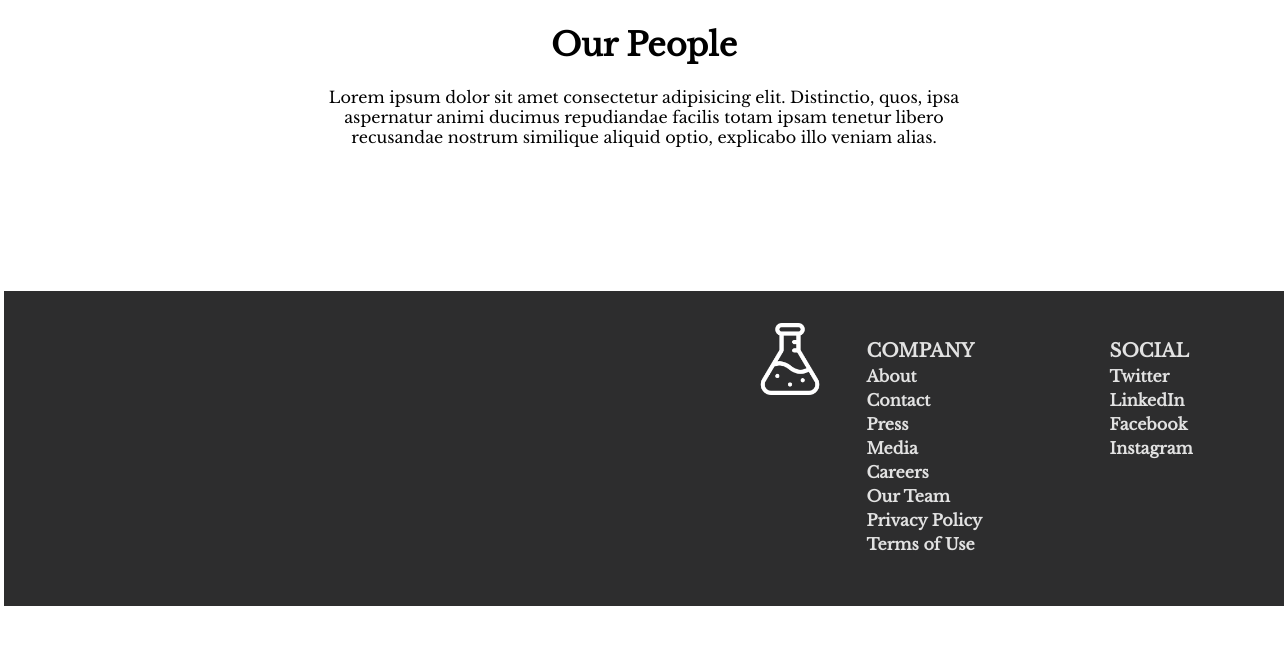
Repository: Tsardines/app
Page: / (app in my-app/)
These files come from the project's save history. The page is drawn as it stood at one moment and after the next save; the edit follows.
The browser window is 1280 px wide. The page is 1288 px wide, so the pictures cover 1288 px, including what lies to the right of the window. The pictures show the whole page.
The page's requests for data from a server got no answer. The project was rebuilt for these pictures with package versions that can differ from the ones it lists, and the page was loaded fresh each time. No one was signed in, and anything a server would have sent is missing.

Above is the page before, as saved 2018-11-14 20:18:07.

### my-app/public/index.html
<!DOCTYPE html>
<html lang="en">
  <head>
    <meta charset="utf-8">
    <meta name="viewport" content="width=device-width, initial-scale=1, shrink-to-fit=no">
    <meta name="theme-color" content="#000000">
    <!--
      manifest.json provides metadata used when your web app is added to the
      homescreen on Android. See https://developers.google.com/web/fundamentals/web-app-manifest/
    -->
    <link rel="manifest" href="%PUBLIC_URL%/manifest.json">
    <link href="https://fonts.googleapis.com/css?family=Libre+Baskerville" rel="stylesheet">
    <!--
      Notice the use of %PUBLIC_URL% in the tags above.
      It will be replaced with the URL of the `public` folder during the build.
      Only files inside the `public` folder can be referenced from the HTML.

      Unlike "/favicon.ico" or "favicon.ico", "%PUBLIC_URL%/favicon.ico" will
      work correctly both with client-side routing and a non-root public URL.
      Learn how to configure a non-root public URL by running `npm run build`.
    -->
    <title>React App</title>
  </head>
  <body>
    <noscript>
      You need to enable JavaScript to run this app.
    </noscript>
    <div id="root"></div>
    <!--
      This HTML file is a template.
      If you open it directly in the browser, you will see an empty page.

      You can add webfonts, meta tags, or analytics to this file.
      The build step will place the bundled scripts into the <body> tag.

      To begin the development, run `npm start` or `yarn start`.
      To create a production bundle, use `npm run build` or `yarn build`.
    -->
  </body>
</html>

### my-app/src/index.css
body {
  margin: 0;
  padding: 0;
  font-family: 'Libre Baskerville', serif;
  -webkit-font-smoothing: antialiased;
  -moz-osx-font-smoothing: grayscale;
}

code {
  font-family: source-code-pro, Menlo, Monaco, Consolas, "Courier New",
    monospace;
}

### my-app/src/App.js
import React, { Component } from 'react';

import Footer from './components/Footer.js';
import './App.css';

class App extends Component {
  constructor(props) {
    super(props);

    this.state = {
      items: []
    };
    this.componentWillMount = this.componentWillMount.bind(this);
  }

  componentWillMount() {
    fetch('https://api.myjson.com/bins/vz2rm')
    .then(res => res.json())
    .then(data => {
      this.setState({ items: data });
    });
  }


  render() {

    const { items } = this.state;

    return (
      <div className="App">

      <span className="our-people"><h1>Our People</h1></span>
      <span className="intro"><p>Lorem ipsum dolor sit amet consectetur adipisicing elit. Distinctio, quos, ipsa aspernatur animi ducimus repudiandae facilis totam ipsam tenetur libero recusandae nostrum similique aliquid optio, explicabo illo veniam alias.</p></span>

          { items.map((item, num) => {
              return (

                <div className="people">

                  <div className="elem">
                    <p key={num}>{item.elems}</p>
                  </div>

                    <p key={num}><strong>{item.name}</strong></p>
                    <p key={num}><small>{item.title}</small></p>

                  <div className="hidden">
                    <p key={num}>{item.email}</p>
                    <p key={num}><strong>Office: </strong>{item.office}</p>
                  </div>

                </div>

              );

            })}

            <Footer />

      </div>
    );
  }
}


export default App;

### my-app/src/components/Footer.js
import React from 'react';
import './Footer.css';
import beaker from './beaker.png';

const Footer = () => {
  return (

    <div className="footer">

    <img src={beaker} alt="beaker" className="beaker"></img>

        <div className="left">
            <ul>
                <span className="footer-title"><li><strong>Company</strong></li></span>
                <a href="#"><li>About</li></a>
                <a href="#"><li>Contact</li></a>
                <a href="#"><li>Press</li></a>
                <a href="#"><li>Media</li></a>
                <a href="#"><li>Careers</li></a>
                <a href="#"><li>Our Team</li></a>
                <a href="#"><li>Privacy Policy</li></a>
                <a href="#"><li>Terms of Use</li></a>
            </ul>
        </div>

        <div className="right">
            <ul>
                <span className="footer-title"><li><strong>Social</strong></li></span>
                <a href="#"><li>Twitter</li></a>
                <a href="#"><li>LinkedIn</li></a>
                <a href="#"><li>Facebook</li></a>
                <a href="#"><li>Instagram</li></a>
            </ul>
        </div>

    </div>
  );
}

export default Footer;

### my-app/src/App.css
.App {
  display: flex;
  flex-direction: column;
  flex-flow: row nowrap;
  flex-wrap: wrap;
  max-width: 100%;
  overflow-x: hidden;
  padding: 0.25em;
  text-align: center;
  width: 100%;
}

.our-people {
  text-align: center;
  width: 100%;
}

.intro p {
  margin: auto;
  padding-bottom: 5em;
  width: 50%;
}

.people {
  background-color: #f8f8f8;
  border: 1px solid rgb(252, 244, 234);
  height: 22.5vh;
  margin: 0.5em;
  /* max-height: 22vh;
  max-width: 13vw; */
  /* min-height: 22vh;
  min-width: 13vw; */
  padding: 1.5em;
  text-align: left;
  width: 12vw;
}

.elem {
  font-size: 3.45em;
  margin-bottom: -1em;
  margin-top: -1em;
}

.elem:hover {
  color: #87f0f9;
  transition: 0.2s;
}

.hidden {
  font-size: 0.75em;
  opacity: 0.15;
}

.hidden:hover {
  opacity: 1;
  transition: 0.4s;
}

### my-app/src/components/Footer.css
.footer {
    background-color: #2d2d2e;
    color: rgb(226, 226, 226);
    display: flex;
    font-weight: bold;
    justify-content: flex-end;
    margin-top: 4em;
    overflow-x: hidden;
    padding: 2em;
    text-align: left;
    width: 100%;
}

.footer a {
    color: rgb(226, 226, 226);
    text-decoration: none;
}

.footer a:hover {
    color: turquoise;
}

.left ul li, .right ul li {
    font-size: 1em;
    list-style-type: none;
    padding-bottom: 0.25em;
}

.left {
    float: left;
    width: 20%;
}

.right {
    float: right;
    width: 15%;
}

.footer-title {
    font-size: 1.15em;
    text-transform: uppercase;
}

.beaker {
    height: 10vh;
}

Loaded but not shown: my-app/src/index.js (common file); my-app/src/serviceWorker.js (common file)

After the next save:
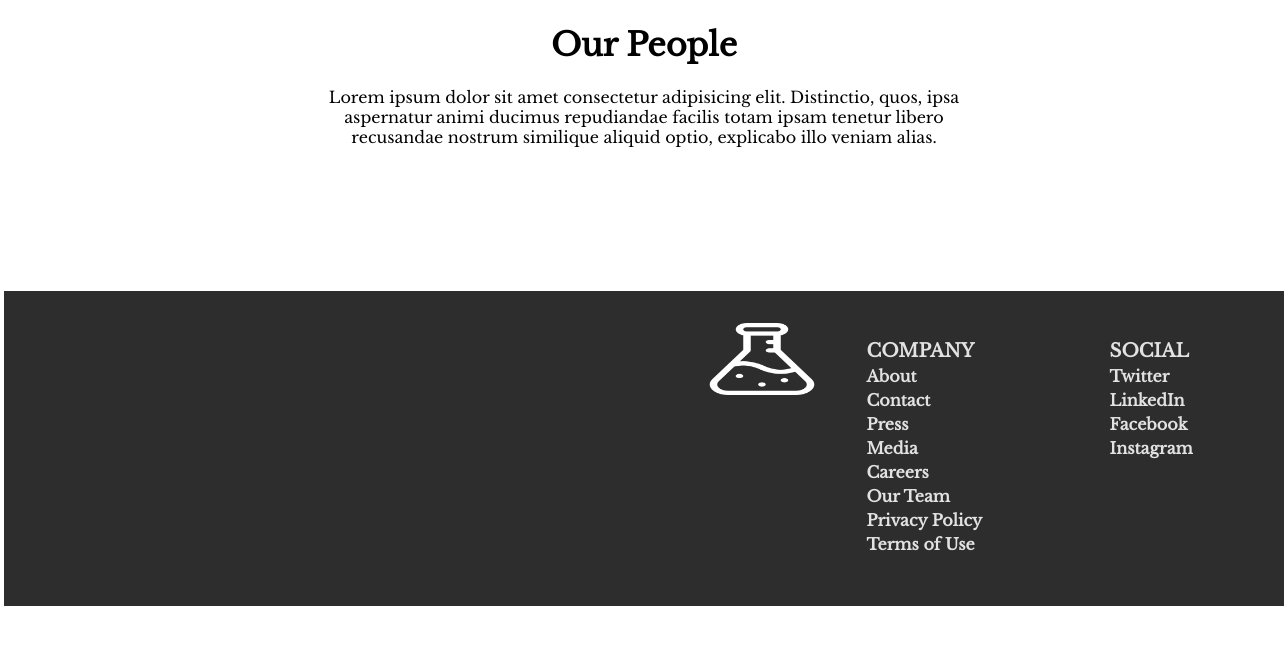
Saved 13 s later.
--- a/my-app/src/components/Footer.css
+++ b/my-app/src/components/Footer.css
@@ -42,5 +42,7 @@
 }
 
 .beaker {
+    display: flex;
     height: 10vh;
+    width: 10vw;
 }
